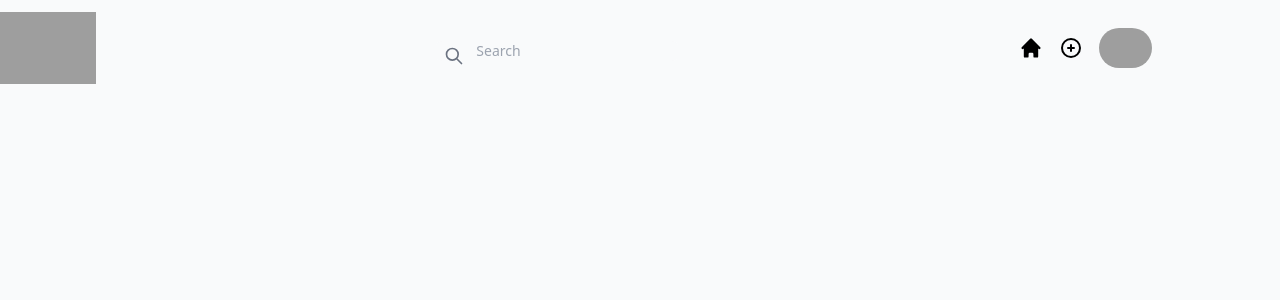
Repository: Mardoqueu/insta-v1
Page: /
An editor plug-in stored every save of this project. The page is shown before and after the next save, followed by the edit.
The browser window is 1280 px wide. The pictures show the whole page.
Pictures or frames that could not be fetched are drawn as grey boxes. The project was rebuilt for these pictures with package versions that can differ from the ones it lists, and the page was loaded fresh each time. The framework's server and built-in components were replaced by stand-ins that run in the browser. Also part of the build but not shown: next.config.js, styles/Home.module.css.

Above is the page before, as saved 2022-08-25 11:00:25.

### pages/index.js
import Head from 'next/head'
import styles from '../styles/Home.module.css'
import Header from './components/Header'

export default function Home() {
  return (
    <div className="bg-gray-50 min-h-screen">
      <Head>
        <title>Instagram App</title>
        <meta name="description" content="Generated by create next app" />
        <link rel="icon" href="/favicon.ico" />
      </Head>
    {/*Head*/}
    <Header/>

    {/*Feed*/}

    {/*Modal*/}

    </div>
  )
}

### pages/components/Header.js
import Image from "next/image";
import React from "react";
import { SearchIcon, PlusCircleIcon } from "@heroicons/react/outline";
import {HomeIcon} from "@heroicons/react/solid"
export default function Header() {
  return (
    <div className="flex items-center justify-between max-w-6xl">
      {/* Left */}
      <div className="cursor-pointer h-24 w-24 relative hidden lg:inline-grid">
        <Image
          src="http://www.jennexplores.com/wp-content/uploads/2015/09/Instagram_logo_black.png"
          layout="fill"
          className="object-contain"
        />
      </div>
      <div className="cursor-pointer h-24 w-10 relative  lg:hidden">
        <Image
          src="https://upload.wikimedia.org/wikipedia/commons/thumb/e/e7/Instagram_logo_2016.svg/800px-Instagram_logo_2016.svg.png"
          layout="fill"
          className="object-contain"
        />
      </div>
      {/* Middle */}

      <div className="relative mt-1">
        <div className="absolute top-2 left-2">
        <SearchIcon  className="h-5 text-gray-500" />
        </div>
        <input type="text" placeholder="Search" className="bg-gray-50 pl-10 border-gray-500 text-sm focus:ring-black focus:border-black rounded-md"/>
      </div>

    {/* Right */}

    <div className="flex space-x-4 items-center">
      <HomeIcon className="hidden md:inline-flex h-6 cursor-pointer hover:scale-125 transition-transform duration-200 ease-out"/>
      <PlusCircleIcon className="h-6 cursor-pointer hover:scale-125 transition-transform duration-200 ease-out"/>
      <img src="https://media-exp1.licdn.com/dms/image/C4E03AQF1Icbg9ibKSQ/profile-displayphoto-shrink_800_800/0/1656524327808?e=1666828800&v=beta&t=qOGUdHrse_LvKkpyy9nUz7tCnRiXEGOzRBQ0KfwyR1o" alt="user-img" className="h-10 rounded-full cursor-pointer" />
    </div>
    </div>
  );
}

Loaded but not shown: pages/_app.js (common file); styles/globals.css (common file); tailwind.config.js (common file)

After the next save:
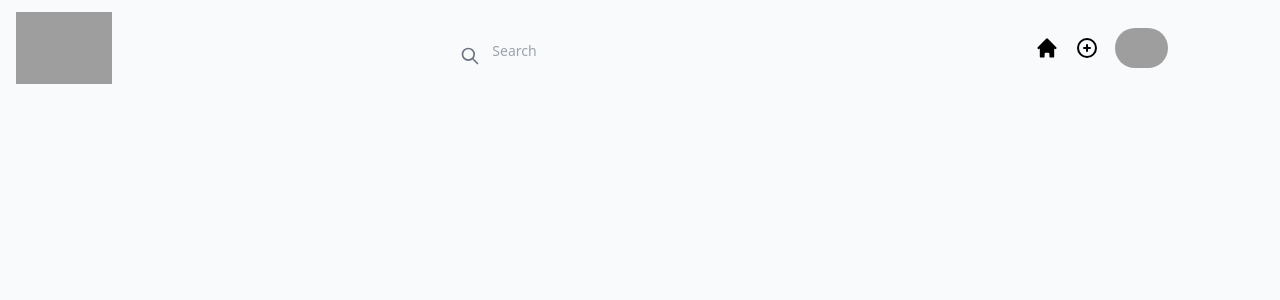
Saved 33 s later.
--- a/pages/components/Header.js
+++ b/pages/components/Header.js
@@ -4,7 +4,7 @@
 import {HomeIcon} from "@heroicons/react/solid"
 export default function Header() {
   return (
-    <div className="flex items-center justify-between max-w-6xl">
+    <div className="flex items-center justify-between max-w-6xl mx-4 ">
       {/* Left */}
       <div className="cursor-pointer h-24 w-24 relative hidden lg:inline-grid">
         <Image
